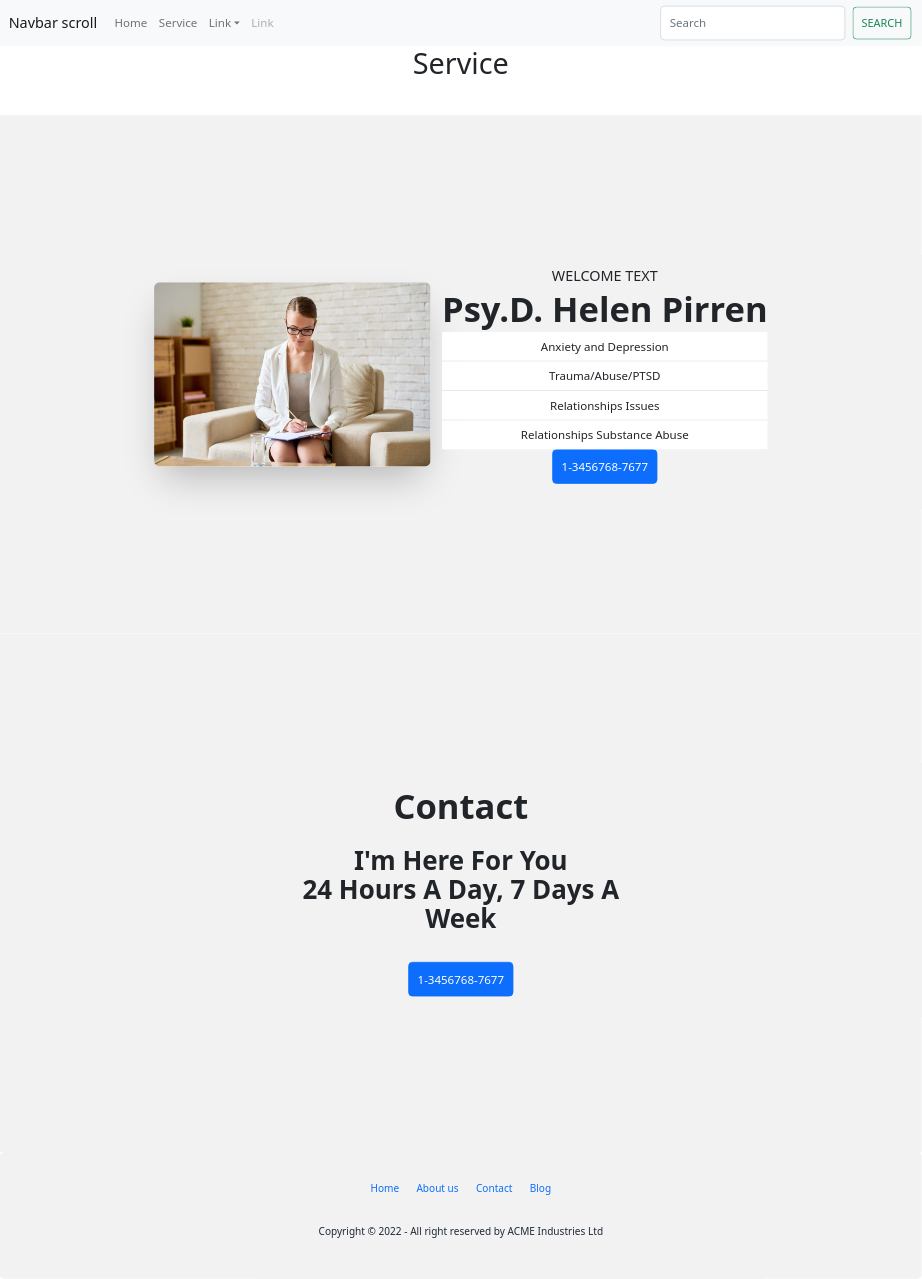
Repository: mdsajib50/service-review-client
Page: /
An editor plug-in stored every save of this project. The page is shown before and after a run of saves, followed by the edit.
The browser window is 1280 px wide. The pictures show the whole page, at 72% of full size.
The page's requests for data from a server got no answer. The project was rebuilt for these pictures with package versions that can differ from the ones it lists, and the page was loaded fresh each time. No one was signed in, and anything a server would have sent is missing. Also part of the build but not shown: src/Pages/Home/Services/ServiceCard.js.

Above is the page before, as saved 2022-12-25 12:52:25.

After the next 4 saves:
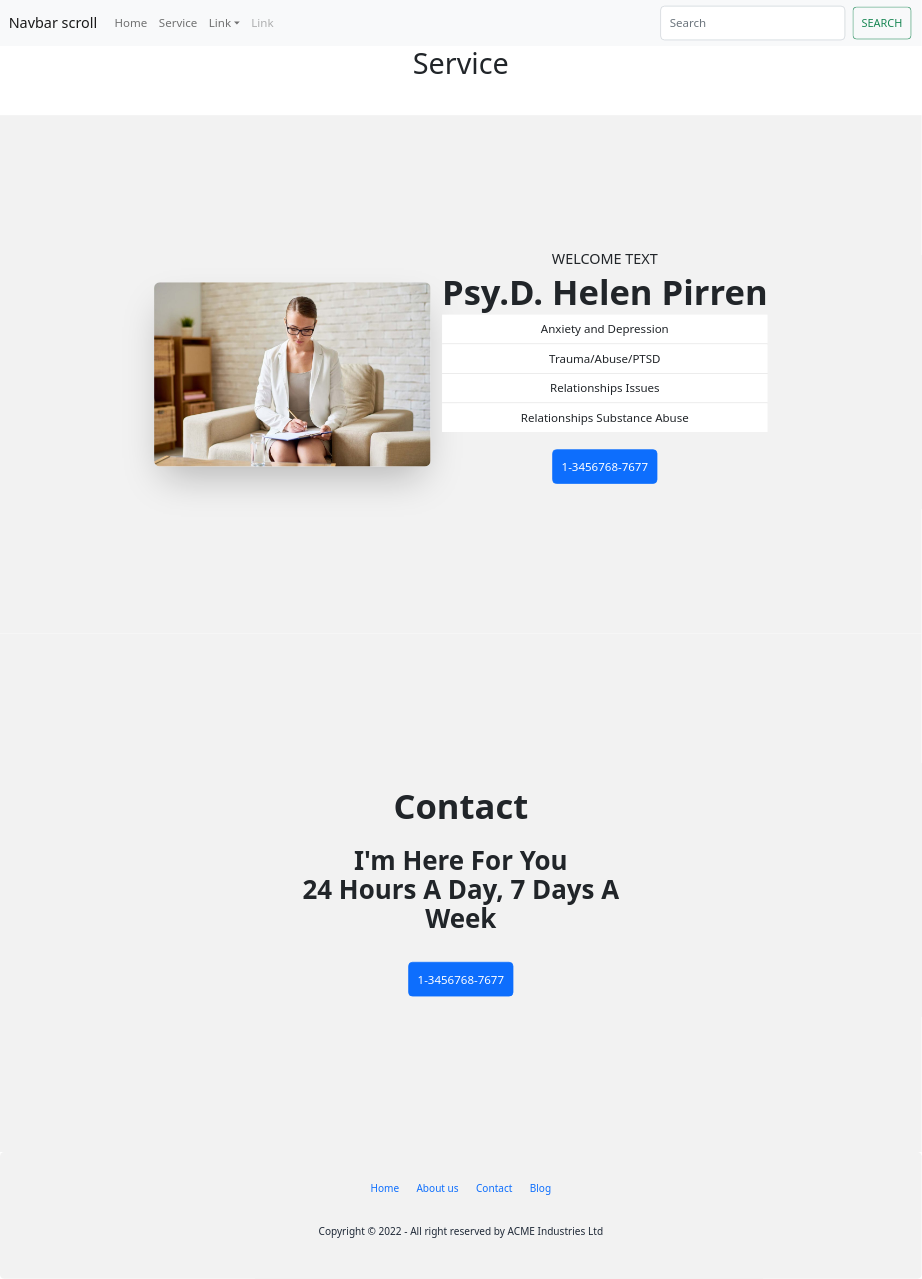
The 4 saves are shown as one change because they came seconds apart.
The last was saved 34 s later.
--- a/src/Pages/Home/About/About.js
+++ b/src/Pages/Home/About/About.js
@@ -17,7 +17,7 @@ const About = () => {
                     <ListGroup.Item>Relationships Issues</ListGroup.Item>
                     <ListGroup.Item>Relationships Substance Abuse</ListGroup.Item>
                     </ListGroup>
-                <button className="btn btn-primary">1-3456768-7677</button>
+                <button className="btn btn-primary m-4">1-3456768-7677</button>
                 </div>
             </div>
         </div>
